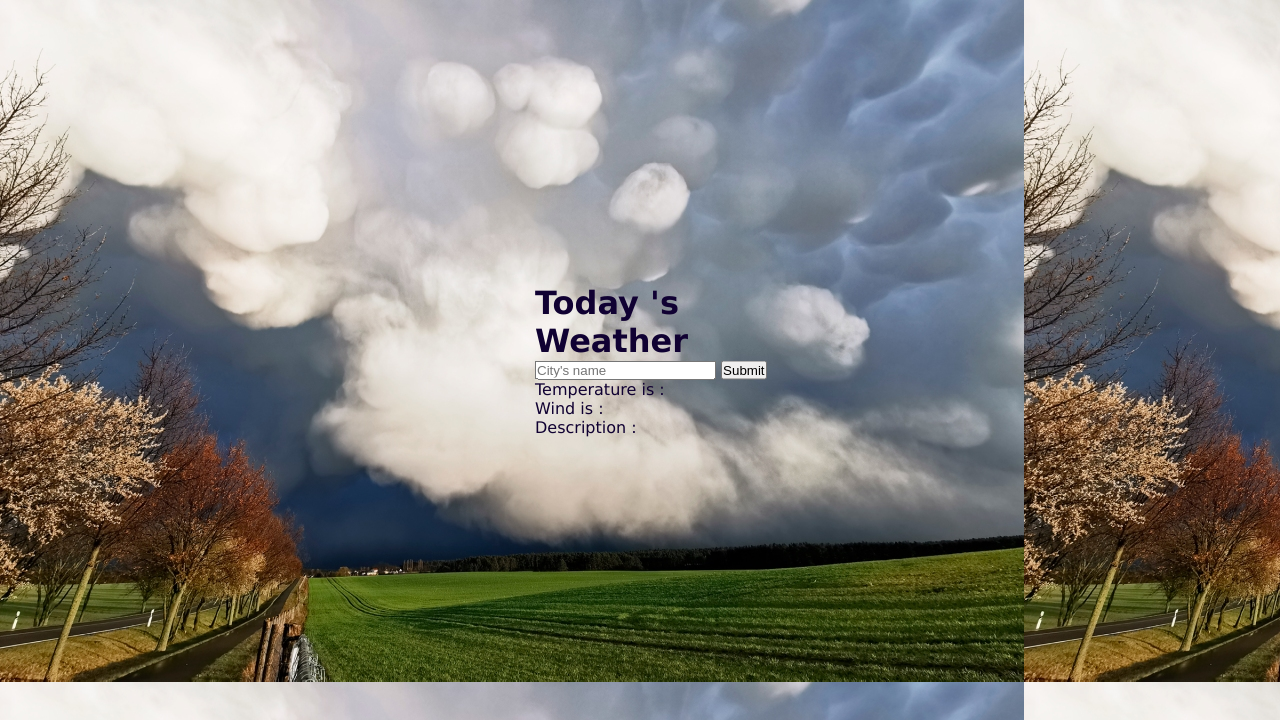
Repository: heartbreathing/searchWeather
Page: index.html
An editor plug-in stored every save of this project. The page is shown before and after the next save, followed by the edit.
The browser window is 1280 px wide. The pictures show the whole page.

Above is the page before, as saved 2022-11-06 22:45:16.

### index.html
<!DOCTYPE html>
<html lang="en">
  <head>
    <meta charset="UTF-8" />
    <meta http-equiv="X-UA-Compatible" content="IE=edge" />
    <meta name="viewport" content="width=device-width, initial-scale=1.0" />
    <title>search_weather</title>
    <link rel="stylesheet" href="index.css" />
  </head>
  <body>
    <div class="content">
      <h1><span class="name">Today</span> 's Weather</h1>
      <form class="form">
        <input type="text" name="name" placeholder="City's name" />
        <button type="submit">Submit</button>
      </form>
      <p class="content_line">
        Temperature is : <span class="temperature"></span>
      </p>
      <p class="content_line">Wind is :<span class="wind"></span></p>
      <p class="content_line">Description :<span class="description"></span></p>
    </div>

    <script src="index.js"></script>
  </body>
</html>

### index.css
* {
    margin: 0;
    padding: 0;
    box-sizing: border-box ;
}
body {
    background-image: url(./image/background_image.jpg) ;
    font-family: 'Lucida Sans', 'Lucida Sans Regular', 'Lucida Grande', 'Lucida Sans Unicode', Geneva, Verdana, sans-serif ;
    color: rgb(16, 1, 50);
}
.content {
    position: absolute;
    display: inline-block;
    width: 300px;
    top:50%;
    left:50%;
    transform: translate(-35%, -50%);
    row-gap: 1rem;
}
.content_line {


}

### index.js
    "use strict";
      let form = document.querySelector('.form');
      let city;

      async function getData() {
        let res = await fetch(
          `https://goweather.herokuapp.com/weather/${city}`
        );
        const data = await res.json();

        const temp = document.querySelector('.temperature');
        const wind = document.querySelector('.wind');
        const forecast = document.querySelector('.content');
        const description = document.querySelector('.description');
        // const name = document.querySelector('.name')

        temp.innerHTML = data.temperature;
        wind.innerHTML = data.wind;
        description.innerHTML = data.description;
        // name.innerHTML = city

      }

      form.addEventListener('submit', function (event) {
        event.preventDefault();
        city = this.elements.name.value;
        getData();
      });

After the next save:
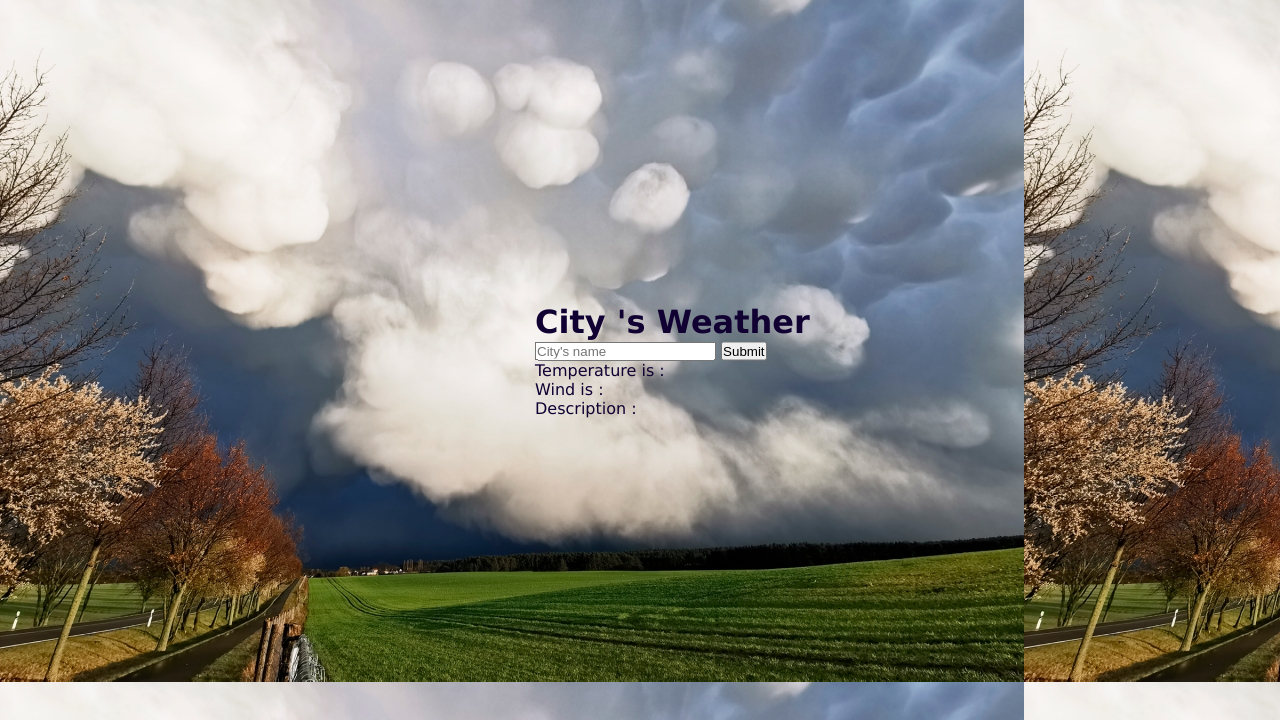
Saved 33 s later.
--- a/index.html
+++ b/index.html
@@ -9,7 +9,7 @@
   </head>
   <body>
     <div class="content">
-      <h1><span class="name">Today</span> 's Weather</h1>
+      <h1><span class="name">City</span> 's Weather</h1>
       <form class="form">
         <input type="text" name="name" placeholder="City's name" />
         <button type="submit">Submit</button>
